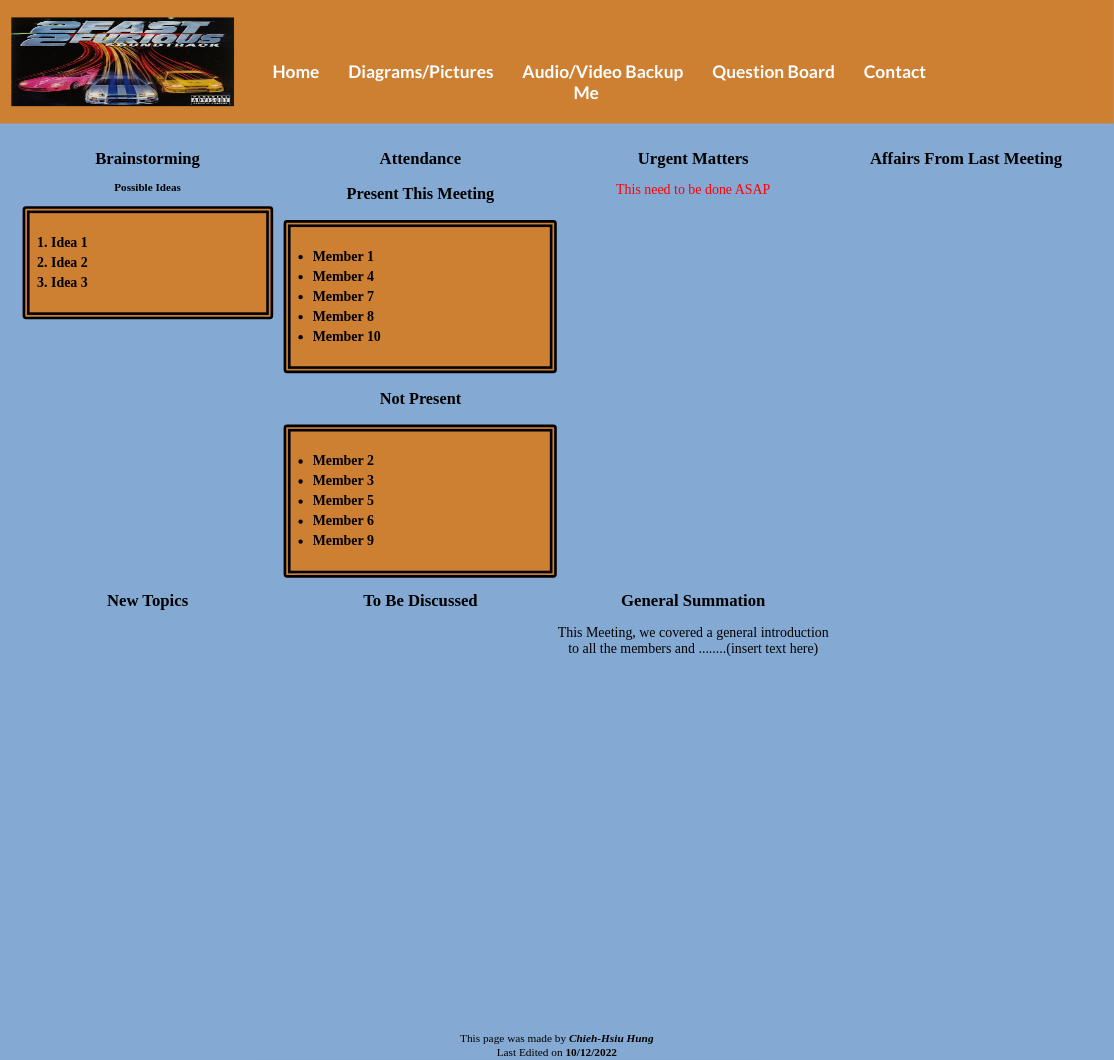
Repository: Chieh0501/fa22-cse110-lab3
Page: index.html
An editor plug-in stored every save of this project. The page is shown before and after the next save, followed by the edit.
The browser window is 1280 px wide. The pictures show the whole page, at 87% of full size.

Above is the page before, as saved 2022-10-12 13:44:12.

### index.html
<!DOCTYPE html>
<html lang="en">

<head>
	<meta charset="utf-8" />
	<meta name="description" content="Team 2 Meeting Notes" />
	<meta name="keywords" content="HTML, CSS, JavaScript" />
	<meta name="author" content="Chieh-Hsiu Hung" />
	<meta name="viewport" content="width=device-width, initial-scale=1.0" />
	<title>Team 2 Meeting Notes</title>
	<link href="images/favicons/favicon.ico" rel="icon" />
	<link href="styles/main.css" rel="stylesheet" />
	<!-- <script>
		window.addEventListener('load', function () {
			let time = window.performance.timing,
				complete = time.domComplete - time.domLoading;
			document.getElementById('page-load-info').innerHTML = `<strong>Page Loaded in ${parseInt(complete)}ms
			 on ${new Date().toLocaleString("en-US")}</strong>`;
		});
	</script> -->

</head>

<body>
	<header>
		<img src="images/logo.png" alt="Demo Team Logo" class="logo" id="logo">
		<nav class="navBar">
			<a href="index.html">Home</a>
			<a href="images.html">Diagrams/Pictures</a>
			<a href="multimedia.html">Audio/Video Backup</a>
			<a href="questions.html">Question Board</a>
			<a href="contacts.html">Contact Me</a>
		</nav>
	</header>

	<main id="home_main">
		<section class="title">
			<h1>Team 2 Introductory Meeting</h1>
			<h2 id="date">Date: 10/5/2022</h2>
		</section>

		<hr id="blocker" />
		<section id="attendance" class="attendance">
			<h2>Attendance</h2>
			<!-- <form>
				Add Checkbox state with JS later
				<input type="checkbox" id="member1" name="member1" value="chung">
				<label for="vehicle1"> Chieh-Hsiu Hung</label><br>
				<input type="checkbox" id="member2" name="member2" value="avalliani">
				<label for="vehicle1"> Amaar Valliani</label><br>
				<input type="checkbox" id="member3" name="member3" value="ajia">
				<label for="vehicle1"> Andrew Jia</label><br>
				<input type="checkbox" id="member4" name="member4" value="ivarela">
				<label for="vehicle1"> Issac Varela</label><br>
				<input type="checkbox" id="member5" name="member5" value="lnguyen">
				<label for="vehicle1"> Liam Nguyen</label><br>
				<input type="checkbox" id="member6" name="member6" value="nrao">
				<label for="vehicle1"> Nikhil Rao</label><br>
				<input type="checkbox" id="member7" name="member7" value="sdadhwal">
				<label for="vehicle1"> Sahil Dadhwal</label><br>
				<input type="checkbox" id="member8" name="member8" value="tkoon">
				<label for="vehicle1"> Thomas Koon</label><br>
				<input type="checkbox" id="member9" name="member9" value="ycao">
				<label for="vehicle1"> Yingqi Cao</label><br>
				<input type="checkbox" id="member10" name="member10" value="yxu">
				<label for="vehicle1"> YunXiao Xu</label><br>
				<input type="submit" value="Submit">
			  </form> -->
			  <h3>Present This Meeting</h3>
			  <ul>
				<li>Member 1</li>
				<li>Member 4</li>
				<li>Member 7</li>
				<li>Member 8</li>
				<li>Member 10</li>
			  </ul>
			  <h3>Not Present</h3>
			  <ul>
				<li>Member 2</li>
				<li>Member 3</li>
				<li>Member 5</li>
				<li>Member 6</li>
				<li>Member 9</li>
			  </ul>
		</section>
		<section class="brainstorming">
			<h2>Brainstorming</h2>
			<div id="subtitle">Possible Ideas</div>
			<ol>
				<li>Idea 1</li>
				<li>Idea 2</li>
				<li>Idea 3</li>
			  </ol>
		</section>
		<section class="urgent">
			<h2>Urgent Matters</h2>
			<p id="urgent"><span>This need to be done ASAP</span></p>
		</section>
		<section class="last_meeting">
			<h2>Affairs From Last Meeting</h2>
		</section>
		<section class="new_topics">
			<h2>New Topics</h2>
		</section>
		<section class="tbd">
			<h2>To Be Discussed</h2>
		</section>
		<section class="summation">
			<h2>General Summation</h2>
			<p>This Meeting, we covered a general introduction to all the members and ........(insert text here)</p>
		</section>
	</main>

	<footer>
		<hr />
		<div>This page was made by <i><b>Chieh-Hsiu Hung</b></i></div>
		<aside>Last Edited on <strong>10/12/2022</strong></aside>
	</footer>
</body>

</html>

### styles/main.css
/* main.css */

html,

:root {
  --vw-lg: 1920px;
  --vw-md: 1366px;
  --vw-sm: 600px;
  --primary-color: #84aad4;
  --secondary-color: white;
  --accent-color-1: #CD7F32;
  --accent-color-2: #969696;
  --accent-color-3: hsl(150deg 30% 60%);
}

body {
  background-color: var(--primary-color);
  display: block;
  margin: 0;
  padding-top: 0;
  padding-bottom: 0;
  padding-left: 0;
  padding-right: 0;
}
@font-face {
  font-family: "Lato";
  font-style: normal;
  font-weight: 400;
  src: url("../fonts/Lato/Lato-Regular.ttf") format("truetype");
}
@font-face {
  font-family: "Lato";
  font-weight: bold;
  font-weight: 400;
  src: url("../fonts/Lato/Lato-Bold.ttf") format("truetype");
}
@font-face {
  font-family: "Lato";
  font-style: italic;
  font-weight: 400;
  src: url("../fonts/Lato/Lato-Italic.ttf") format("truetype");
}
.grid main{
  display: grid;
}

/****** header ******/

header {
  display:grid;
  grid-template-columns: repeat(6, 1fr);
  gap: 1rem;
  text-align: center;
  padding: 20px 0;
  font-family: "Lato", bold;
  background: var(--accent-color-1);
}

#logo {
  margin-left: 1vw;
  float: left;
  height: 3vw;
}
/******* NavBar *******/
.navBar {
  grid-column: 2 / span 4;
  position: relative;
  overflow: hidden;
  margin-top: 50px;
}
.navBar > a{
  float: none;
  color: #ffffff;
  text-align: center;
  padding: 15px 15px;
  text-decoration: none;
  font-size: 20px;
}
.navBar a:hover{
  text-decoration: underline;
}
.navBar a:visited{
  color: #000000;
}
/****** general **********/
section h2{
  font-size: 1.5vw;
}
hr {
  display: none;
}

/****** home content ******/
#home_main {
  display:grid;
  margin: 1vw;
  grid-template-columns: repeat(4, 1fr);
  grid-template-rows: repeat(2, 1fr);
  text-align: center;
}
.title {
  display:flex;
  flex-direction: column;
  margin: 1vw;
  text-align: center;
}
.title h1{
  float:initial;
  font-size: 2vw;
}
.title h2{
  float:initial;
  font-size: 1.5vw;
}

.attendance{
  grid-row: 1;
  grid-column: 2;
}
.attendance ul{
  background-color: var(--accent-color-1);
  border: 8px double black;
  border-radius: 0.25pc;
  margin: 0 auto;
  padding: 15pt;
  text-align: left;
}
.brainstorming #subtitle{
  font-weight: bold;
  font-size: 1vw;
}
.brainstorming ol{
  background-color: var(--accent-color-1);
  border: 8px double black;
  border-radius: 4px;
  margin: 1vw;
  padding: 20px;
  text-align: left;
}

ul li {
  margin: 5px;
  font-weight: bold;
}
ol li {
  margin: 5px;
  font-weight: bold;
}
.urgent p{
  color: red;
}

.contactform{
  position: relative;
  grid-row: 2 / span 6;
  background-color: var(--secondary-color);
  margin-left: 2vw;
  grid-column: 1 / span 2;
  height: auto;
}
.contactform label{
  position: relative;
  font-weight: bold;
}
.contactform input[type = text], select, textarea{
  width: 100%;
  padding: 6px;
  grid-column: 1 / span 6;
  border: 1px solid var(--accent-color-1);
  border-radius: 6px;
  resize: vertical;
}
/***** Button *******/
.button{
  display: inline-block;
  width: fit-content;
  height: fit-content;
  padding: 1vw 2vw;
  text-align: center;
  text-decoration: none;
  color: var(--primary-color);
  background-color: var(--accent-color-1);
  border-radius: 8px;
  outline: none;
}
.button:hover{
  text-decoration: underline;
  color:azure;
  background-color: #969696;
}
@media screen and (max-width: 800px){
  #index_main{
    display:grid;
    margin-left: 1vw;
    margin-right: 1vw;
    grid-template-columns: repeat(6, 1fr);
    grid-template-rows: repeat(6, 1fr);
    text-align: center;
  }
  main.main2{
    display:grid;
    margin-left: 1vw;
    margin-right: 1vw;
    grid-template-columns: 1fr;
    grid-template-rows: repeat(4, 1fr);
    text-align: center;
  }
  #contact_frame{
    width: 100%;
    margin-left: 1vw;
    grid-column: 1;
    grid-row: 3;
  }
  .navBar a{
    float: none;
    display: none;
  }

  .title{
    display:none;
  }
  .short_title{
    display: block;
    grid-row: 1 / span 3;
    grid-column: 2 / span 4;
    font-size: 6vw;
  }
  img{
    width: 80vw;
  }
  #hamburger{
    display: block;
  }
  #hamburger input{
    display: block;
  }
  .contactform{
    grid-column: 1;
  }
  #notice{
    display: none;
  }
  .button{
    width: 60vw;
    height: 20vw;
  }
  #Contact_Button{
    grid-row: 3 / span 2;
    grid-column: 2 / span 6;
  }
  #download_resume{
    grid-row: 6 / span 2;
    grid-column: 2 / span 6;
  }
  img#logo {
    width: 40vw;
    height: 16vw;
  }
}
@media screen and (max-width: 1366px) {
  main{
    display:grid;
    margin-left: 1vw;
    margin-right: 1vw;
    grid-template-columns: 1fr;
    grid-template-rows: repeat(3, 1fr);
    text-align: center;
  }
  #index_main{
    display:grid;
    margin-left: 1vw;
    margin-right: 1vw;
    grid-template-columns: repeat(6, 1fr);
    grid-template-rows: repeat(6, 1fr);
    text-align: center;
  }
  .title{
    display:none;
  }
  .short_title{
    display: block;
    grid-row: 1 / span 3;
    grid-column: 2 / span 4;
    font-size: 6vw;
  }
  main.main2{
    display:grid;
    margin-left: 1vw;
    margin-right: 1vw;
    grid-template-columns: repeat(2, 1fr);
    grid-template-rows: repeat(2, 1fr);
    text-align: center;
  }
  main.about_main{
    display:grid;
    margin-left: 1vw;
    margin-right: 1vw;
    grid-template-columns: 1fr;
    grid-template-rows: repeat(4, 1fr);
    text-align: center;
  }
  section#diving{
    grid-row: 1;
    grid-column: 1;
  }
  section#sailing{
    grid-row: 2;
    grid-column: 1;
  }
  video{
    width: 80vw;
  }
  img{
    width: 80vw;
  }
  section#snowboarding{
    grid-row: 3;
    grid-column: 1;
  }
  section#songs{
    grid-row:4;
    grid-column: 1;
  }
  .contactform{
    grid-column: 1/ span 6;
  }
  #notice{
    display: none;
    font-variant:small-caps;
  }
  #contact_frame{
    margin-left: 1vw;
    grid-column: 1;
    grid-row: 3;
  }
  .title2{
    width: 30vw;
    grid-column: 2;
    grid-row: 1 / span 2;
  }
  #clock{
    grid-column: 1;
    grid-row: 1;
  }
  h1.project{
    align-self: center;
    grid-row: 1;
    grid-column: 1;
  }
  img#logo {
    width: 20vw;
    height: 8vw;
  }
}
/* a:link { color: #3366BB; }
a:visited { color: #663366 }
a:visited:hover { color: #0b0080; }
a:hover { color: gray; }
a:active { background-color: yellow; border: 4px solid red;} */


/****** footer ******/
footer {
  font-size: small;
  text-align: center;
}

After the next save:
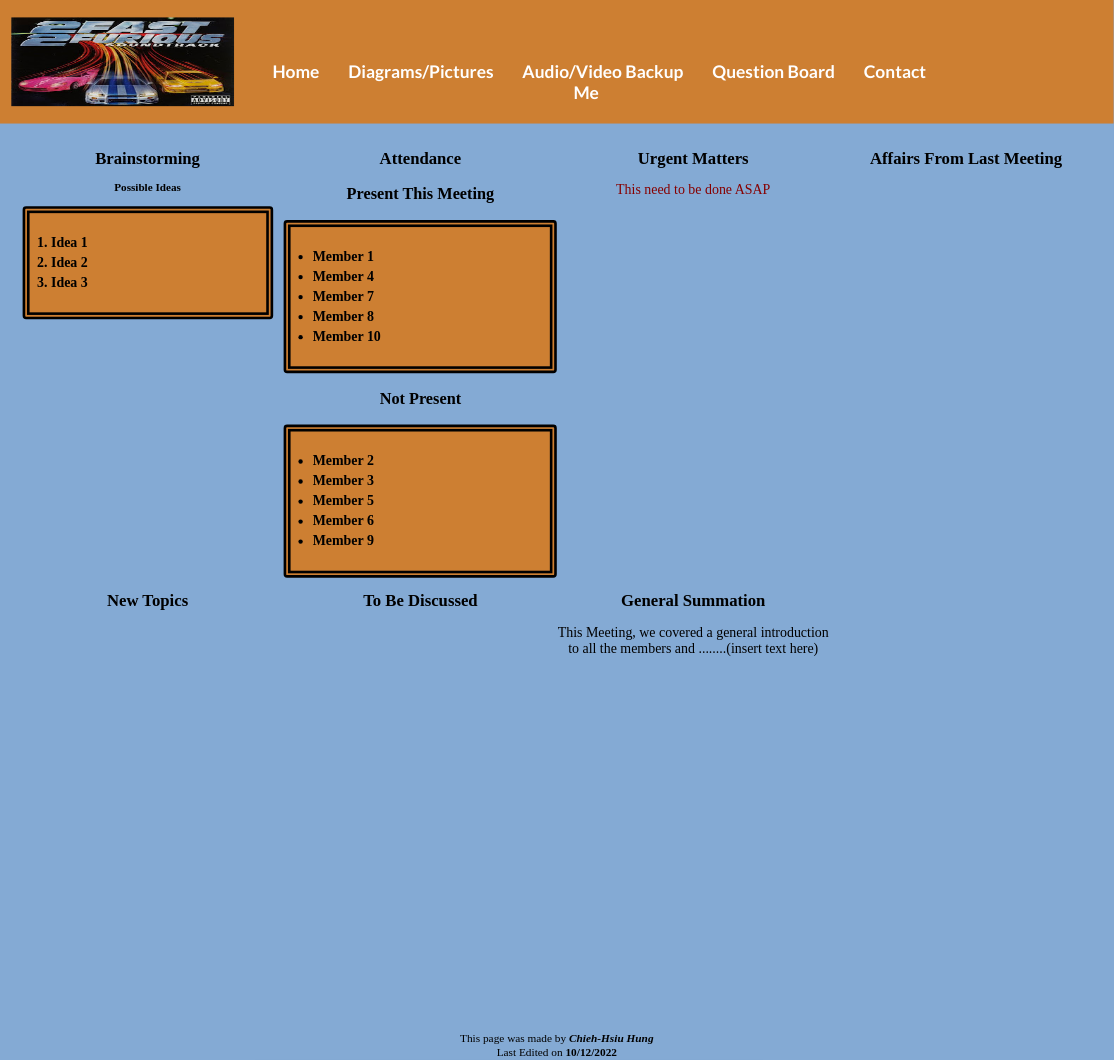
Saved 22 s later.
--- a/styles/main.css
+++ b/styles/main.css
@@ -147,7 +147,7 @@
   font-weight: bold;
 }
 .urgent p{
-  color: red;
+  color: rgb(134, 0, 0);
 }
 
 .contactform{
